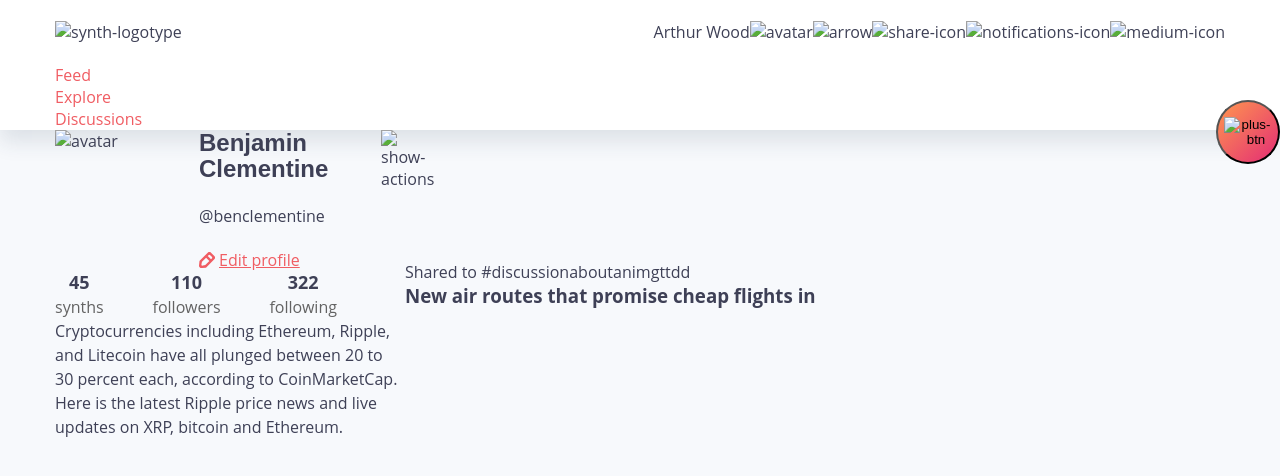
Repository: ecspetra/swivl-test-task
Page: index.html
The author's editor kept a copy of each file at every save. The page is drawn from the files as they stood at one save, then again after the next save.
The browser window is 1280 px wide. The pictures show the whole page.

Above is the page before, as saved 2021-12-09 20:49:43.

### index.html
<!DOCTYPE html>
<html lang="en">

<head>
    <meta charset="UTF-8">
    <meta http-equiv="X-UA-Compatible" content="IE=edge">
    <meta name="viewport" content="width=device-width, initial-scale=1.0">
    <link rel="stylesheet" href="css/style.css">
    <title>Synth User Profile</title>
</head>

<body>
    <header>
        <div class="header">
            <div class="header__logo-wrapper">
                <img class="header__logo" src="" alt="synth-logotype">
            </div>
            <div class="header__profile">
                <div class="header__user">
                    <p class="header__username">Arthur Wood</p>
                    <div class="header__avatar-wrapper">
                        <img class="header__avatar" src="" alt="avatar">
                    </div>
                    <div class="header__arrow-wrapper">
                        <img class="header__arrow" src="" alt="arrow">
                    </div>
                </div>
                <div class="header__icons">
                    <div class="header__share-wrapper">
                        <img class="header__share" src="" alt="share-icon">
                    </div>
                    <div class="header__notifications-wrapper">
                        <img class="header__notifications" src="" alt="notifications-icon">
                    </div>
                    <div class="header__medium-wrapper">
                        <img class="header__medium" src="" alt="medium-icon">
                    </div>
                </div>
            </div>
        </div>
        <div class="header__navigation-wrapper">
            <nav class="header__navigation">
                <ul>
                    <li><a href="#">Feed</a></li>
                    <li><a href="#">Explore</a></li>
                    <li><a href="#">Discussions</a></li>
                </ul>
            </nav>
        </div>
        <button class="header__btn-wrapper">
            <img class="header__btn" src="" alt="plus-btn">
        </button>
    </header>
    <main>
        <section>
            <div class="profile">
                <div class="profile__user-details">
                    <div class="profile__general">
                        <div class="profile__avatar-wrapper">
                            <img class="profile__avatar" src="" alt="avatar">
                        </div>
                        <div class="profile__name-wrapper">
                            <h2 class="profile__name">Benjamin Clementine</h2>
                            <div class="profile__dots-wrapper">
                                <img class="profile__dots" src="" alt="show-actions">
                            </div>
                        </div>
                        <p class="profile__instagram">@benclementine</p>
                        <a class="profile__edit-btn" href="#">Edit profile</a>
                    </div>
                    <div class="profile__statistics">
                        <p class="profile__synths"><span>45</span><br>synths</p>
                        <p class="profile__followers"><span>110</span><br>followers</p>
                        <p class="profile__following"><span>322</span><br>following</p>
                    </div>
                    <p class="profile__description">Cryptocurrencies including Ethereum, Ripple, and Litecoin have all
                        plunged between 20 to 30 percent each, according to CoinMarketCap. Here is the latest Ripple
                        price news and live updates on XRP, bitcoin and Ethereum.</p>
                </div>

                <div class="profile__switcher"></div>

                <div class="profile__cards">
                    <article class="profile__card">
                        <p class="profile__">Shared to <span>#discussionaboutanimgttdd</span></p>
                        <h1 class="profile__">New air routes that promise cheap flights in</h1>
                        <div class="profile__wrapper">
                            <div class=""></div>
                        </div>
                    </article>
                </div>

            </div>
        </section>
    </main>

</body>

</html>

### css/style.css
body {
  width: 100%;
  height: auto;
  margin: 0;
  padding: 0;
  background-color: #f7f9fc;
  font-family: "Open Sans", sans-serif;
  color: #3e4056;
}

* {
  -webkit-box-sizing: border-box;
  box-sizing: border-box;
}

header {
  width: 100%;
  background-color: #ffffff;
  -webkit-box-shadow: 0px 12px 20px 0px rgba(34, 60, 80, 0.12);
  -moz-box-shadow: 0px 12px 20px 0px rgba(34, 60, 80, 0.12);
  box-shadow: 0px 12px 20px 0px rgba(34, 60, 80, 0.12);
}

main,
section {
  width: 100%;
}

a {
  text-decoration: none;
  color: #f05d63;
}

ul {
  padding: 0;
  margin: 0;
}
ul li {
  list-style-type: none;
}

h1,
h2 {
  margin: 0;
}

p {
  margin: 0;
}

.header {
  max-width: 1218px;
  padding: 21px 24px;
  margin: 0 auto;
  display: -webkit-box;
  display: -ms-flexbox;
  display: flex;
  -webkit-box-orient: horizontal;
  -webkit-box-direction: normal;
  -ms-flex-direction: row;
  flex-direction: row;
  -webkit-box-pack: justify;
  -ms-flex-pack: justify;
  justify-content: space-between;
  -webkit-box-align: center;
  -ms-flex-align: center;
  align-items: center;
  position: relative;
}

.header__profile {
  display: -webkit-box;
  display: -ms-flexbox;
  display: flex;
  -webkit-box-orient: horizontal;
  -webkit-box-direction: normal;
  -ms-flex-direction: row;
  flex-direction: row;
  -webkit-box-pack: end;
  -ms-flex-pack: end;
  justify-content: flex-end;
  -webkit-box-align: center;
  -ms-flex-align: center;
  align-items: center;
}

.header__user,
.header__icons {
  display: -webkit-box;
  display: -ms-flexbox;
  display: flex;
  -webkit-box-orient: horizontal;
  -webkit-box-direction: normal;
  -ms-flex-direction: row;
  flex-direction: row;
  -webkit-box-pack: justify;
  -ms-flex-pack: justify;
  justify-content: space-between;
  -webkit-box-align: center;
  -ms-flex-align: center;
  align-items: center;
}

.header__arrow-icon {
  width: 8px;
  height: 4px;
  opacity: 0.4;
}

.header__icon-wrapper {
  width: 32px;
  height: 32px;
}

.header__share-icon,
.header__share-icon,
.header__medium-icon {
  width: auto;
  height: 14px;
}

.header__navigation-wrapper {
  max-width: 1218px;
  padding: 0 24px;
  margin: 0 auto;
}

.navigation-list {
  display: -webkit-box;
  display: -ms-flexbox;
  display: flex;
  -webkit-box-orient: horizontal;
  -webkit-box-direction: normal;
  -ms-flex-direction: row;
  flex-direction: row;
  -webkit-box-pack: start;
  -ms-flex-pack: start;
  justify-content: flex-start;
  -webkit-box-align: center;
  -ms-flex-align: center;
  align-items: center;
  gap: 37px;
}

.navigation-list__item {
  color: #3e4056;
  text-transform: uppercase;
  font: 600 14px/16px "Open Sans", sans-serif;
  opacity: 0.6;
}

.navigation-list__item__active {
  opacity: 1;
}

.header__btn-wrapper {
  background: linear-gradient(to bottom right, #ff974f, #e32c75);
  width: 64px;
  height: 64px;
  border-radius: 50%;
  overflow: hidden;
  position: absolute;
  right: 0;
  top: 100px;
}

.header__btn {
  background: none;
  outline: 0;
  border: 0;
  width: 100%;
  height: 100%;
}

.profile {
  max-width: 1218px;
  padding: 0 24px;
  margin: 0 auto;
  display: -ms-grid;
  display: grid;
  grid-template-columns: 350px 1fr;
  grid-template-rows: auto auto;
  grid-template-areas: "profile__user-details profile__switcher" "profile__user-details profile__cards-wwrapper";
  -webkit-box-pack: center;
  -ms-flex-pack: center;
  justify-content: center;
  -webkit-box-align: start;
  -ms-flex-align: start;
  align-items: start;
}

.profile__user-details {
  grid-area: profile__user-details;
}

.profile__general {
  display: -ms-grid;
  display: grid;
  grid-template-columns: 120px 1fr;
  grid-template-rows: auto auto auto;
  grid-template-areas: "profile__avatar-wrapper profile__name-wrapper" "profile__avatar-wrapper profile__instagram" "profile__avatar-wrapper profile__edit-btn";
  -webkit-box-pack: center;
  -ms-flex-pack: center;
  justify-content: center;
  -webkit-box-align: start;
  -ms-flex-align: start;
  align-items: start;
  gap: 24px;
}

.profile__avatar-wrapper {
  grid-area: profile__avatar-wrapper;
  width: 120px;
  height: 120px;
}

.profile__avatar {
  width: 100%;
  height: 100%;
}

.profile__name-wrapper {
  grid-area: profile__name-wrapper;
  display: -webkit-box;
  display: -ms-flexbox;
  display: flex;
  -webkit-box-orient: horizontal;
  -webkit-box-direction: normal;
  -ms-flex-direction: row;
  flex-direction: row;
  -webkit-box-pack: justify;
  -ms-flex-pack: justify;
  justify-content: space-between;
  -webkit-box-align: start;
  -ms-flex-align: start;
  align-items: flex-start;
  -ms-flex-wrap: nowrap;
  flex-wrap: nowrap;
}

.profile__name {
  font: 600 24px/26px "Montserrat", sans-serif;
  max-width: 150px;
  display: -webkit-box;
  -webkit-line-clamp: 2;
  -webkit-box-orient: vertical;
  overflow: hidden;
  text-overflow: ellipsis;
}

.profile__dots-wrapper {
  width: 24px;
  height: 24px;
  cursor: pointer;
}

.profile__dots {
  width: 16px;
  height: 16px;
}

.profile__instagram {
  grid-area: profile__instagram;
  font: 400 16px/20px "Open Sans", sans-serif;
}

.profile__edit-btn {
  grid-area: profile__edit-btn;
  font: 400 16px/20px "Open Sans", sans-serif;
  text-decoration: underline;
  position: relative;
  padding: 0 0 0 20px;
}
.profile__edit-btn:before {
  content: "";
  width: 16px;
  height: 16px;
  background-image: url("../img/edit-icon.svg");
  background-position: center;
  background-size: 100%;
  background-repeat: no-repeat;
  position: absolute;
  top: 50%;
  left: 0;
  -webkit-transform: translateY(-50%);
  -ms-transform: translateY(-50%);
  transform: translateY(-50%);
}

.profile__statistics {
  display: -webkit-box;
  display: -ms-flexbox;
  display: flex;
  -webkit-box-orient: horizontal;
  -webkit-box-direction: normal;
  -ms-flex-direction: row;
  flex-direction: row;
  -webkit-box-pack: justify;
  -ms-flex-pack: justify;
  justify-content: space-between;
  -webkit-box-align: start;
  -ms-flex-align: start;
  align-items: flex-start;
  -ms-flex-wrap: nowrap;
  flex-wrap: nowrap;
  max-width: 282px;
}

.profile__synths,
.profile__followers,
.profile__following {
  font: 400 16px/24px "Open Sans", sans-serif;
  text-align: center;
  color: #636363;
}
.profile__synths span,
.profile__followers span,
.profile__following span {
  font: 700 18px/24px "Open Sans", sans-serif;
  color: #3e4056;
}

.profile__description {
  font: 400 16px/24px "Open Sans", sans-serif;
}

.profile__switcher {
  grid-area: profile__switcher;
}

.profile__cards-wrapper {
  grid-area: profile__cards-wrapper;
  display: -webkit-box;
  display: -ms-flexbox;
  display: flex;
  -webkit-box-orient: horizontal;
  -webkit-box-direction: normal;
  -ms-flex-direction: row;
  flex-direction: row;
  -webkit-box-pack: justify;
  -ms-flex-pack: justify;
  justify-content: space-between;
  -webkit-box-align: start;
  -ms-flex-align: start;
  align-items: flex-start;
  -ms-flex-wrap: wrap;
  flex-wrap: wrap;
  gap: 24px;
}

.profile-card {
  background-color: #ffffff;
  border-radius: 8px;
  width: 100%;
  height: 280px;
  max-width: 374px;
  -webkit-box-shadow: 0px 12px 20px 0px rgba(34, 60, 80, 0.12);
  -moz-box-shadow: 0px 12px 20px 0px rgba(34, 60, 80, 0.12);
  box-shadow: 0px 12px 20px 0px rgba(34, 60, 80, 0.12);
  padding: 24px;
  display: -webkit-box;
  display: -ms-flexbox;
  display: flex;
  -webkit-box-orient: vertical;
  -webkit-box-direction: normal;
  -ms-flex-direction: column;
  flex-direction: column;
  -webkit-box-pack: justify;
  -ms-flex-pack: justify;
  justify-content: space-between;
  -webkit-box-align: start;
  -ms-flex-align: start;
  align-items: flex-start;
}

p + .profile-card__headline {
  padding: 0;
}

.profile-card__headline {
  padding: 40px 0 0;
  font: 400 36px/44px "Montserrat", sans-serif;
  display: -webkit-box;
  -webkit-line-clamp: 3;
  -webkit-box-orient: vertical;
  overflow: hidden;
  text-overflow: ellipsis;
}

.profile-card__author-photo {
  width: 24px;
  height: 24px;
  min-width: 24px;
  min-height: 24px;
}

.profile-card__author {
  width: 100%;
  height: 100%;
}

.profile-card__author-name {
  font: 600 14px/16px "Open Sans", sans-serif;
  white-space: nowrap;
  overflow: hidden;
  text-overflow: ellipsis;
  max-width: 160px;
  color: #3e4056;
}

.profile-card__author-wrapper,
.profile-card__bottom,
.profile-card__actions-wrapper {
  display: -webkit-box;
  display: -ms-flexbox;
  display: flex;
  -webkit-box-orient: horizontal;
  -webkit-box-direction: normal;
  -ms-flex-direction: row;
  flex-direction: row;
  -webkit-box-pack: justify;
  -ms-flex-pack: justify;
  justify-content: space-between;
  -webkit-box-align: center;
  -ms-flex-align: center;
  align-items: center;
  gap: 0 16px;
}

.profile-card__bottom {
  width: 100%;
}

.profile-card__author-wrapper {
  gap: 0 8px;
}

.profile-card__share-wrapper {
  text-align: right;
}

.profile-card__share-link {
  font: 400 18px/24px "Open Sans", sans-serif;
}

.profile-card__top {
  font: 600 16px/18px "Open Sans", sans-serif;
  width: 100%;
  white-space: nowrap;
  overflow: hidden;
  text-overflow: ellipsis;
}
.profile-card__top span {
  background-color: #ecf1f8;
  border-radius: 6px;
  padding: 0 3px;
}

.profile-card__icon-wrapper {
  display: -webkit-box;
  display: -ms-flexbox;
  display: flex;
  -webkit-box-orient: horizontal;
  -webkit-box-direction: normal;
  -ms-flex-direction: row;
  flex-direction: row;
  -webkit-box-pack: justify;
  -ms-flex-pack: justify;
  justify-content: space-between;
  -webkit-box-align: center;
  -ms-flex-align: center;
  align-items: center;
  gap: 0 8px;
}

.profile-card__icon {
  width: auto;
  height: 16px;
}

.profile-card__icon-counter {
  font: 600 14px/16px "Open Sans", sans-serif;
}

.weblink-shared {
  position: relative;
  padding: 0 0 0 20px;
}
.weblink-shared:before {
  content: "";
  width: 16px;
  height: 16px;
  background-image: url("../img/shared-link.svg");
  background-position: center;
  background-size: 100%;
  background-repeat: no-repeat;
  position: absolute;
  top: 50%;
  left: 0;
  -webkit-transform: translateY(-50%);
  -ms-transform: translateY(-50%);
  transform: translateY(-50%);
}

/*# sourceMappingURL=style.css.map */

After the next save:
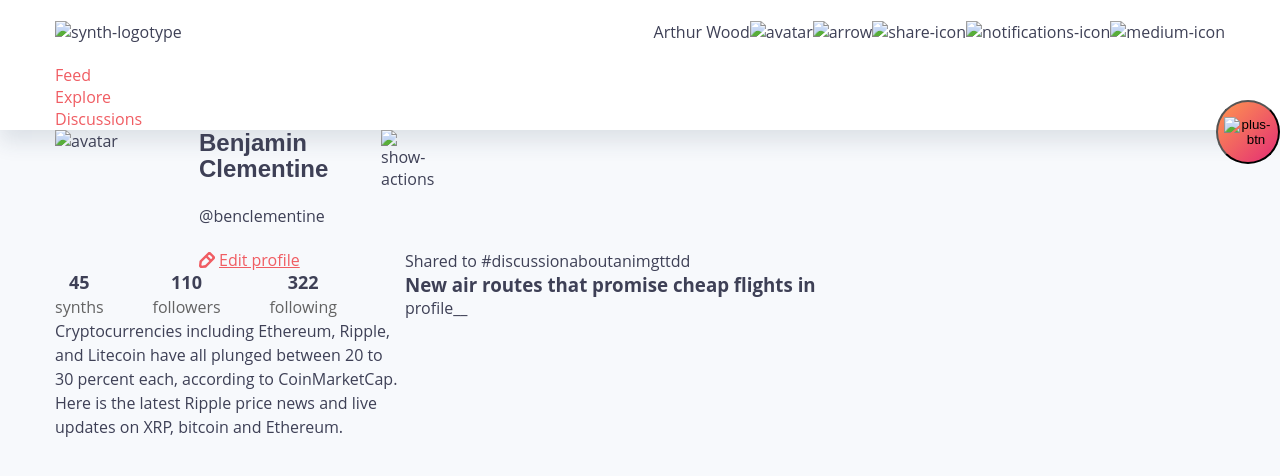
Saved 5 s later.
--- a/index.html
+++ b/index.html
@@ -85,7 +85,9 @@
                         <p class="profile__">Shared to <span>#discussionaboutanimgttdd</span></p>
                         <h1 class="profile__">New air routes that promise cheap flights in</h1>
                         <div class="profile__wrapper">
-                            <div class=""></div>
+                            <div class="">
+                                <p>profile__</p>
+                            </div>
                         </div>
                     </article>
                 </div>
